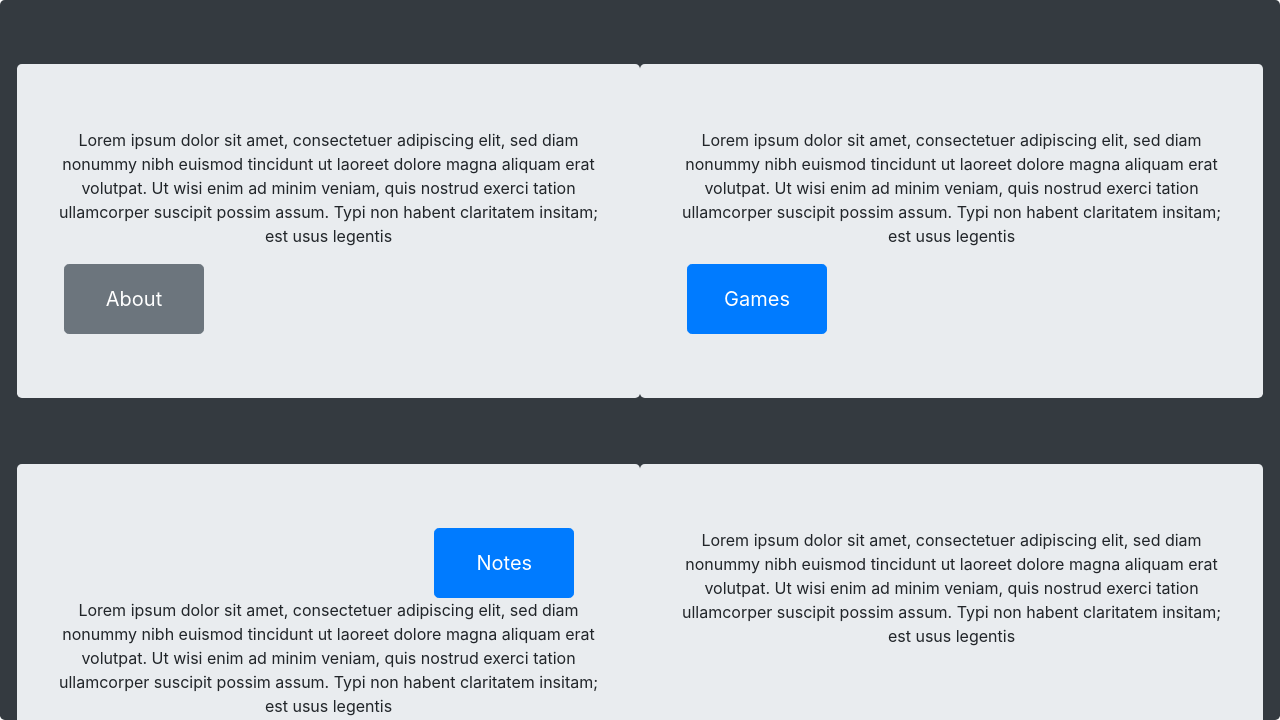
Repository: Kamicoda/Noteblock
Page: index.html
The author's editor kept a record of every edit. The page is drawn from the files as they stood at one moment, then again after the next edit.
The browser window is 1280 px wide. The pictures show the whole page.
Some web libraries are served in a nearby version.

Above is the page before.

### index.html
<!DOCTYPE html>
<html lang="en">

<head>
    <meta charset="UTF-8">
    <meta name="viewport" content="width=device-width, initial-scale=1.0">
    <meta http-equiv="X-UA-Compatible" content="ie=edge">
    <title>Document</title>

    <!--Jquery-->
    <script src="https://code.jquery.com/jquery-3.4.1.min.js" integrity="sha256-CSXorXvZcTkaix6Yvo6HppcZGetbYMGWSFlBw8HfCJo=" crossorigin="anonymous"></script>

    <!--Bootstrap-->
    <link rel="stylesheet" href="https://maxcdn.bootstrapcdn.com/bootstrap/4.2.1/css/bootstrap.min.css" type="text/css" />
    <link rel="stylesheet" href="https://cdnjs.cloudflare.com/ajax/libs/hover.css/2.3.1/css/hover-min.css" type="text/css" />
    <!--Css-->
    <link rel="stylesheet" href="assets/style/style.css" type="text/css" />
    <!--d3,dc,Queue-->
    <!-- <script type="text/javascript" src="static/js/d3.min.js"></script>
    <script type="text/javascript" src="static/js/crossfilter.min.js"></script>
    <script type="text/javascript" src="static/js/dc.min.js"></script>
    <script type="text/javascript" src="static/js/queue.min.js"></script> -->
    <!--Api's-->
    <!--Scripts-->
    <script src="https://kit.fontawesome.com/06adabaaa3.js"></script>
    <script type="text/javascript" src="assets/js/script1.js"></script>
</head>

<body>

    <!--navigation-->
    <div class="jumbotron bg-dark position-fixed w-100 h-100">
        <div class="mainmenu">

            <div class="row navtoprow">

                <div class="col about">
                    <div class="container cabout">
                        <div class="jumbotron">
                            <div class="row">
                                <div class="col">
                                    <p>Lorem ipsum dolor sit amet, consectetuer adipiscing elit, sed diam nonummy nibh euismod tincidunt ut laoreet dolore magna aliquam erat volutpat. Ut wisi enim ad minim veniam, quis nostrud exerci tation ullamcorper suscipit
                                        possim assum. Typi non habent claritatem insitam; est usus legentis
                                    </p>
                                    <div class="col align-bottom right">
                                        <button type="button" class="btn btn-secondary btn-lg babout content-end ">About</button>
                                    </div>
                                </div>
                            </div>
                        </div>
                    </div>
                </div>

                <div class="col-6 games">
                    <div class="container cgames">
                        <div class="jumbotron">
                            <div class="row">
                                <div class="col">
                                    <p>Lorem ipsum dolor sit amet, consectetuer adipiscing elit, sed diam nonummy nibh euismod tincidunt ut laoreet dolore magna aliquam erat volutpat. Ut wisi enim ad minim veniam, quis nostrud exerci tation ullamcorper suscipit
                                        possim assum. Typi non habent claritatem insitam; est usus legentis
                                    </p>
                                    <div class="col">
                                        <button type="button" class="btn btn-primary btn-lg bgames ">Games</button>
                                    </div>
                                </div>
                            </div>
                        </div>
                    </div>
                </div>
            </div>

            <div class="row navbottomrow">

                <div class="col-6 notes">
                    <div class="container cnotes ">
                        <div class="jumbotron">
                            <div class="row">
                                <div class="col">
                                    <div class="col">
                                        <button type="button" class="btn btn-primary btn-lg bnotes justify-content-end ">Notes</button>
                                    </div>
                                    <p>Lorem ipsum dolor sit amet, consectetuer adipiscing elit, sed diam nonummy nibh euismod tincidunt ut laoreet dolore magna aliquam erat volutpat. Ut wisi enim ad minim veniam, quis nostrud exerci tation ullamcorper suscipit
                                        possim assum. Typi non habent claritatem insitam; est usus legentis
                                    </p>
                                </div>
                            </div>
                        </div>
                    </div>
                </div>

                <div class="col-6 links">
                    <div class="container clinks align-top">
                        <div class="jumbotron">
                            <div class="row">
                                <div class="col">
                                    <p>Lorem ipsum dolor sit amet, consectetuer adipiscing elit, sed diam nonummy nibh euismod tincidunt ut laoreet dolore magna aliquam erat volutpat. Ut wisi enim ad minim veniam, quis nostrud exerci tation ullamcorper suscipit
                                        possim assum. Typi non habent claritatem insitam; est usus legentis
                                    </p>
                                </div>
                            </div>
                        </div>

                        <div class="col">
                            <button type="button" class="btn btn-secondary btn-lg blinks ">Links</button>
                        </div>
                    </div>
                </div>
            </div>
        </div>

    </div>

</body>
<footer>

</footer>

</html>

### assets/style/style.css
/* Palette URL: http://paletton.com/#uid=a3K0o0k6J95irOtlmmkmW6wBrbb */

/* Feel free to copy&paste color codes to your application */

/* As RGBa codes */

.rgba-primary-0 {
    color: rgba( 39, 42, 48, 1)
}

/* Main Primary color */

.rgba-primary-1 {
    color: rgba(107, 144, 222, 1)
}

.rgba-primary-2 {
    color: rgba( 48, 70, 119, 1)
}

.rgba-primary-3 {
    color: rgba( 12, 19, 35, 1)
}

.rgba-primary-4 {
    color: rgba( 5, 22, 59, 1)
}

.rgba-complement-0 {
    color: rgba( 72, 63, 57, 1)
}

/* Main Complement color */

.rgba-complement-1 {
    color: rgba(255, 166, 108, 1)
}

.rgba-complement-2 {
    color: rgba(178, 106, 59, 1)
}

.rgba-complement-3 {
    color: rgba( 52, 29, 15, 1)
}

.rgba-complement-4 {
    color: rgba( 89, 35, 0, 1)
}



/* Generated by Paletton.com © 2002-2014 */

/* http://paletton.com */

/*Colors*/

.bg-dark {
    background-color: rgb(39, 42, 48);
}

.bg-light {
    background-color: rgb(107, 144, 222);
}

/*background*/

.jumbotron {
    margin: 0;
    width: 100%;
}

.mainmenu {
    text-align: center;
    border-width: 500;
    border-height: 300;
    height: auto;
}

.about {
    padding: 0;
}

.games {
    padding: 0;
}

.notes {
    padding: 0;
}

.links {
    padding: 0;
}
.cabout {
    height: 400px;
    width: 100%;
    padding: 0;
}
.cgames {
    height: 400px;
    width: 100%;
    padding: 0;
}
.cnotes {
    height: 400px;
    width: 100%;
    padding: 0;
}
.clinks {
    height: 400px;
    width: 100%;
    padding: 0;
}
/*navigation*/

.buttons {
    margin-left: 500px;
    margin-top: 300px;
}

.babout {
    display: block;
    width: 140px;
    height: 70px;
}

.bgames {
    display: block;
    width: 140px;
    height: 70px;
}

.bnotes {
    display: block;
    width: 140px;
    height: 70px;
    margin-left:70%;
}

.blinks {
    display: block;
    width: 140px;
    height: 70px;
}

Loaded but not shown: assets/js/script1.js (no copy from this time; the picture is the same without it)

After the next edit:
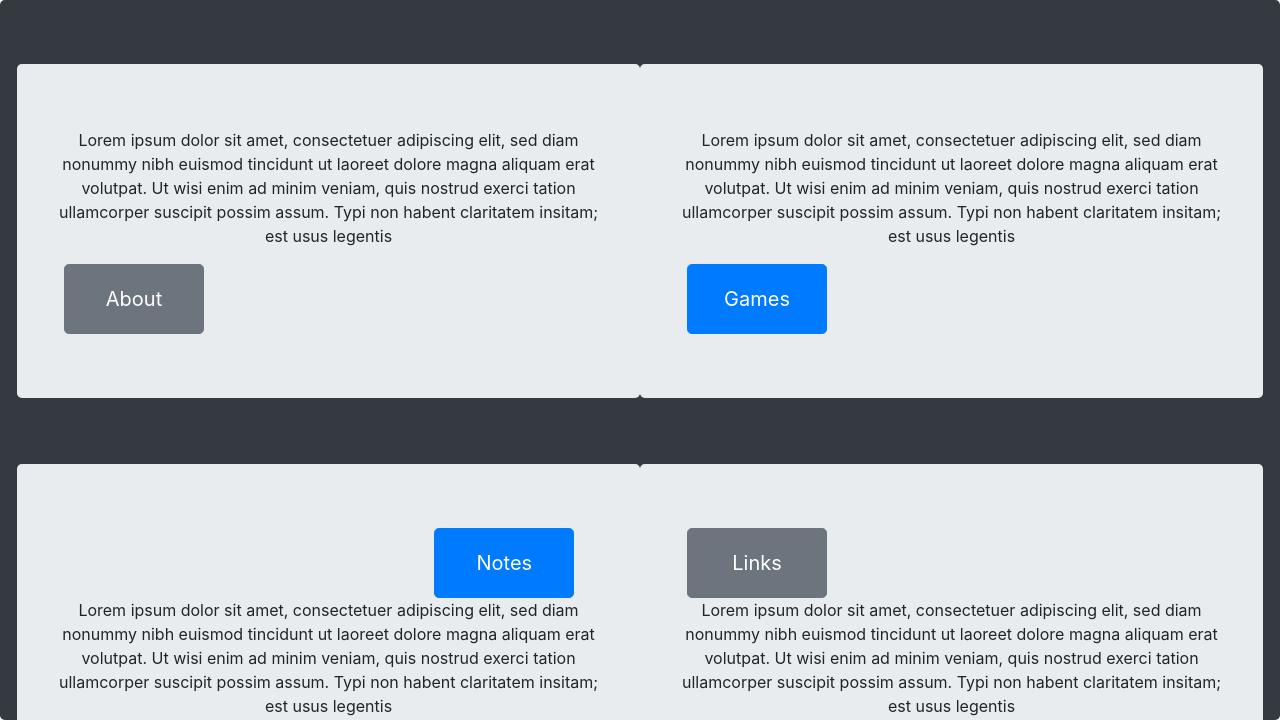
The edit:
--- a/index.html
+++ b/index.html
@@ -93,6 +93,9 @@
                         <div class="jumbotron">
                             <div class="row">
                                 <div class="col">
+                                    <div class="col">
+                            <button type="button" class="btn btn-secondary btn-lg blinks ">Links</button>
+                        </div>
                                     <p>Lorem ipsum dolor sit amet, consectetuer adipiscing elit, sed diam nonummy nibh euismod tincidunt ut laoreet dolore magna aliquam erat volutpat. Ut wisi enim ad minim veniam, quis nostrud exerci tation ullamcorper suscipit
                                         possim assum. Typi non habent claritatem insitam; est usus legentis
                                     </p>
